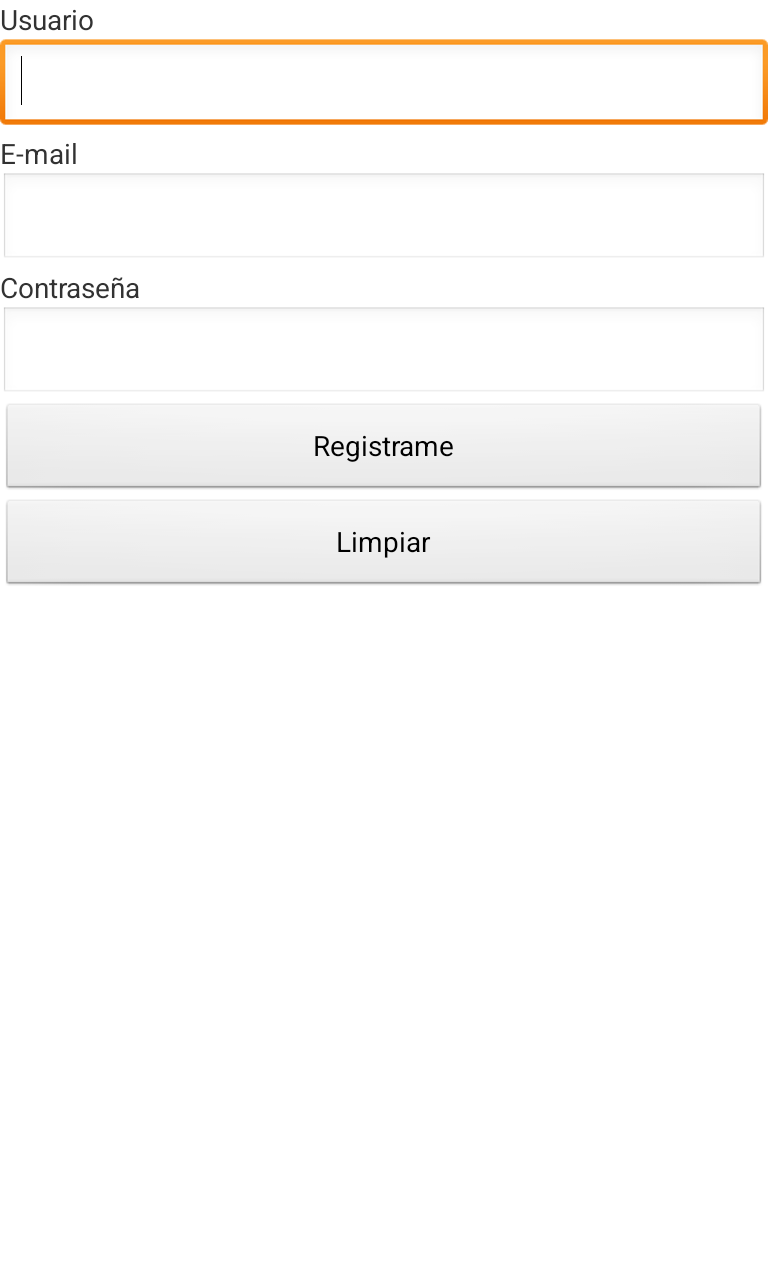
Repository: doapps/Android_Basico
Layout: Sesion01/res/layout/register_layout.xml
These files come from the project's save history. The layout is drawn as it stood at one moment and after the next save; the edit follows.
It is drawn on a 768 x 1280 px phone screen (xhdpi) without system bars, with theme android:Theme.Light; the app's code is not run.

Above is the layout before, as saved 2014-03-08 17:23:27.

After the next save:
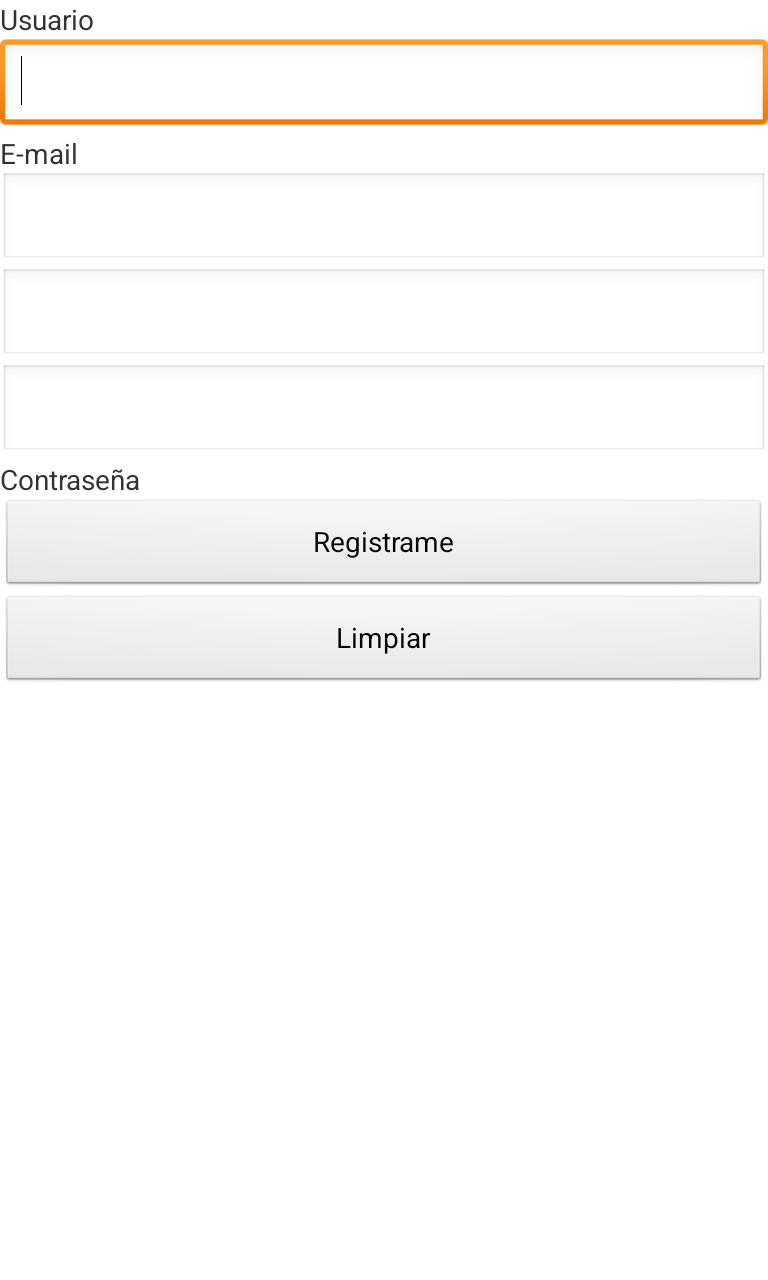
Saved 3 min 12 s later.
--- a/Sesion01/res/layout/register_layout.xml
+++ b/Sesion01/res/layout/register_layout.xml
@@ -31,17 +31,25 @@
         android:layout_height="wrap_content"
         android:ems="10" />
 
+    <EditText
+        android:id="@+id/editText3"
+        android:layout_width="match_parent"
+        android:layout_height="wrap_content"
+        android:ems="10"
+        android:inputType="textPassword" />
+
+    <EditText
+        android:id="@+id/editText4"
+        android:layout_width="match_parent"
+        android:layout_height="wrap_content"
+        android:ems="10"
+        android:inputType="textPassword" />
+
     <TextView
         android:id="@+id/textView3"
         android:layout_width="wrap_content"
         android:layout_height="wrap_content"
         android:text="Contraseña" />
-
-    <EditText
-        android:id="@+id/editText3"
-        android:layout_width="match_parent"
-        android:layout_height="wrap_content"
-        android:ems="10" />
 
     <Button
         android:id="@+id/button1"
